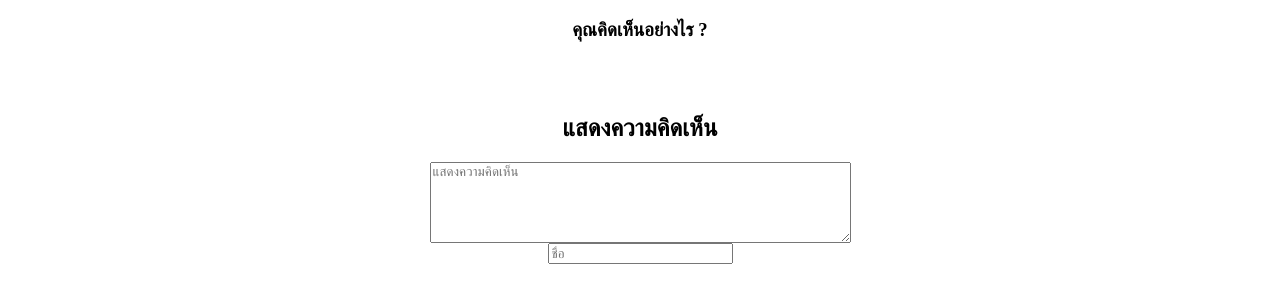
Repository: Wanaratkhamla/LabJavaWeb
Page: http://localhost/TestLabinMidterm/
An editor plug-in stored every save of this project. The page is shown before and after the next save, followed by the edit.
The browser window is 1280 px wide. The pictures show the whole page.
The page is served by Tomcat 9. Other server files are loaded and not shown. Queries for data that is not in the repository find no rows.

Above is the page before, as saved 2017-02-28 11:59:17.

### TestLabinMidterm/WebContent/index.jsp
<%@page import="java.sql.SQLException"%>
<%@page import="java.sql.ResultSet"%>
<%@page import="java.sql.DriverManager"%>
<%@page import="java.sql.Statement"%>
<%@page import="java.sql.Connection"%>
<%@ page contentType="text/html; charset=utf-8" pageEncoding="utf-8"%>
<!DOCTYPE html PUBLIC "-//W3C//DTD HTML 4.01 Transitional//EN" "http://www.w3.org/TR/html4/loose.dtd">
<html>
<head>
<meta http-equiv="Content-Type" content="text/html; charset=ISO-8859-1">
<meta content="utf-8">
<title>แสดงความคิดเห็น</title>
</head>
<body>

	<h3 align="center">คุณคิดเห็นอย่างไร ?</h3>
	<br>
	<%
		Connection connect = null;
		Statement s = null;

		try {
			Class.forName("com.mysql.jdbc.Driver");
			connect = DriverManager
					.getConnection("jdbc:mysql://localhost/forum?characterEncoding=utf-8" + "&user=root&password=");
			s = connect.createStatement();

			String sql = "SELECT * FROM forum";

			ResultSet forum = s.executeQuery(sql);
			while ((forum != null) && (forum.next())) {
	%>
	<p align="center">
		<i> <%=forum.getString("detail")%></i>
	</p>
	<p align="center">
		<i> โดย <%=forum.getString("author")%> <%=forum.getInt("post_date")%></i>
	</p>
	<p align="center">
		<i> <%=forum.getInt("love")%> <a
			href="ForumController?action=updatelove&fid=<%=forum.getInt("fid")%>&update=<%=forum.getInt("love") + 1%>">love</a></i>
	</p>
	<br>
	<br>
	<br>


	<%
		}
		} catch (Exception e) {
			// TODO Auto-generated catch block
			out.println(e.getMessage());
			e.printStackTrace();
		}

		try {
			if (s != null) {
				s.close();
				connect.close();
			}
		} catch (SQLException e) {
			// TODO Auto-generated catch block
			out.println(e.getMessage());
			e.printStackTrace();
		}
	%>

	<br>


	<div align="center">
		<form action="ForumController">
			<h2 align="center">แสดงความคิดเห็น</h2>
			<input type="hidden" name="action" value="insertForum">
			<textarea rows="5" cols="50" placeholder="แสดงความคิดเห็น"></textarea><br>
			<input type="text" name="username" placeholder="ชื่อ">
		</form>
	</div>

</body>
</html>

After the next save:
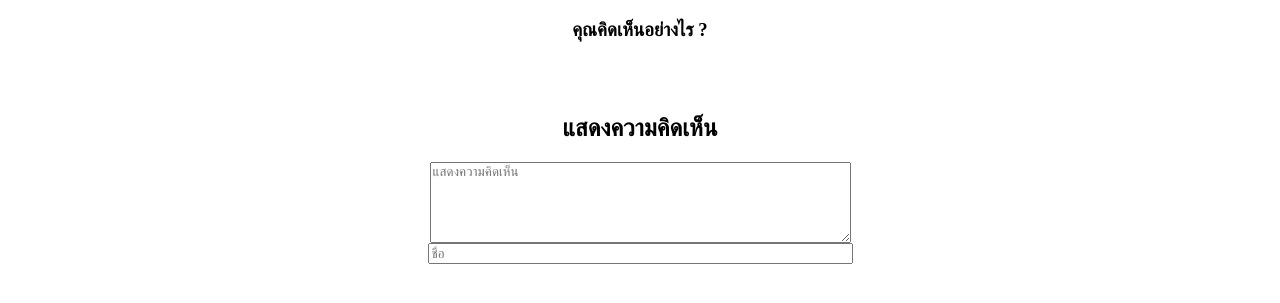
Saved 18 s later.
--- a/TestLabinMidterm/WebContent/index.jsp
+++ b/TestLabinMidterm/WebContent/index.jsp
@@ -73,7 +73,7 @@
 			<h2 align="center">แสดงความคิดเห็น</h2>
 			<input type="hidden" name="action" value="insertForum">
 			<textarea rows="5" cols="50" placeholder="แสดงความคิดเห็น"></textarea><br>
-			<input type="text" name="username" placeholder="ชื่อ">
+			<input type="text" name="username" placeholder="ชื่อ" size="50">
 		</form>
 	</div>
 
